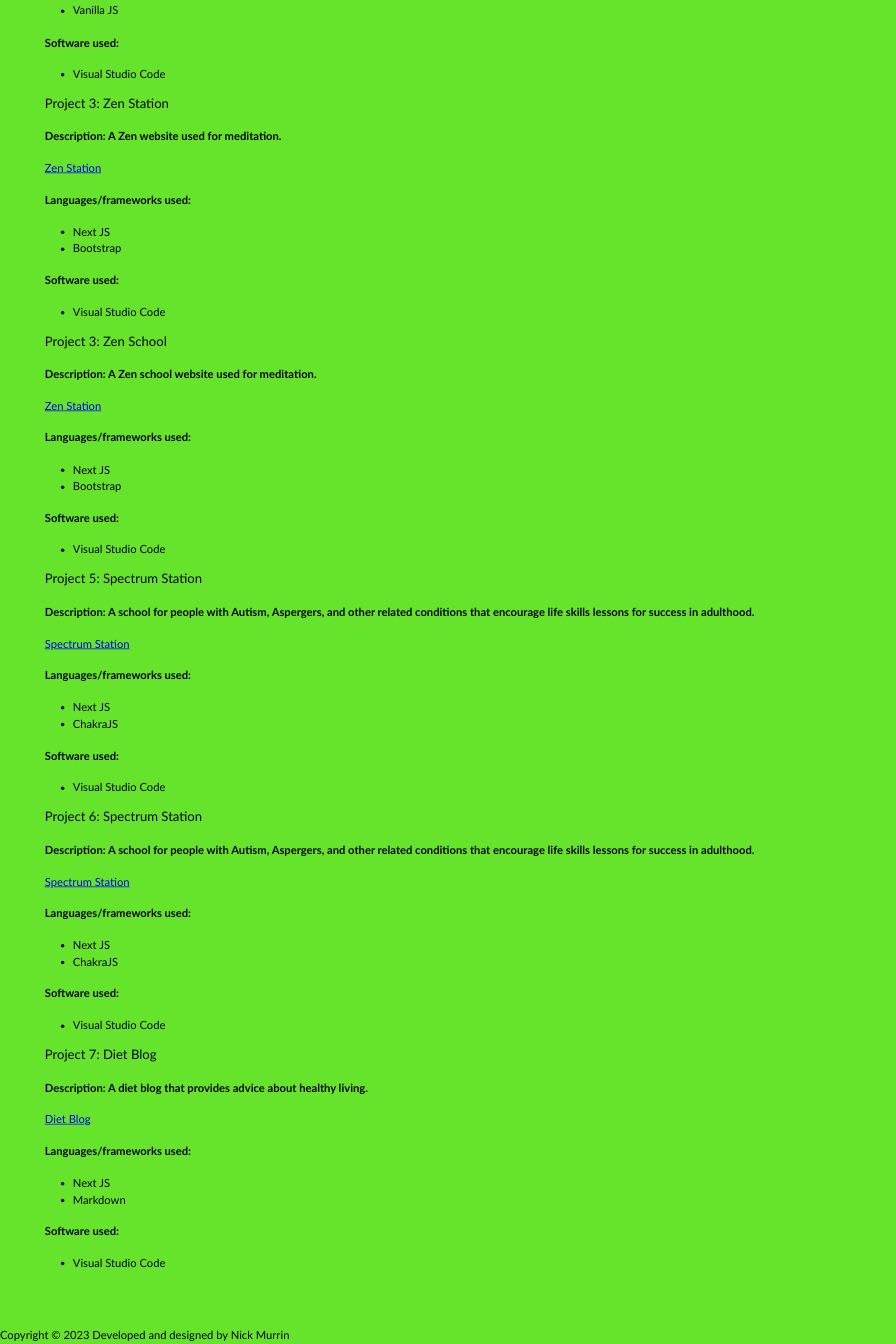
Repository: collegedude9300/modernport
Page: about.html
These files come from the project's save history. The page is drawn as it stood at one moment and after the next save; the edit follows.
The browser window is 1280 px wide. The pictures show the part of the page from y = 1028 to 2948 px (the page is 2948 px tall before and 2609 px after), at 70% of full size.

Above is the page before, as saved 2023-06-26 22:11:32.

After the next save:
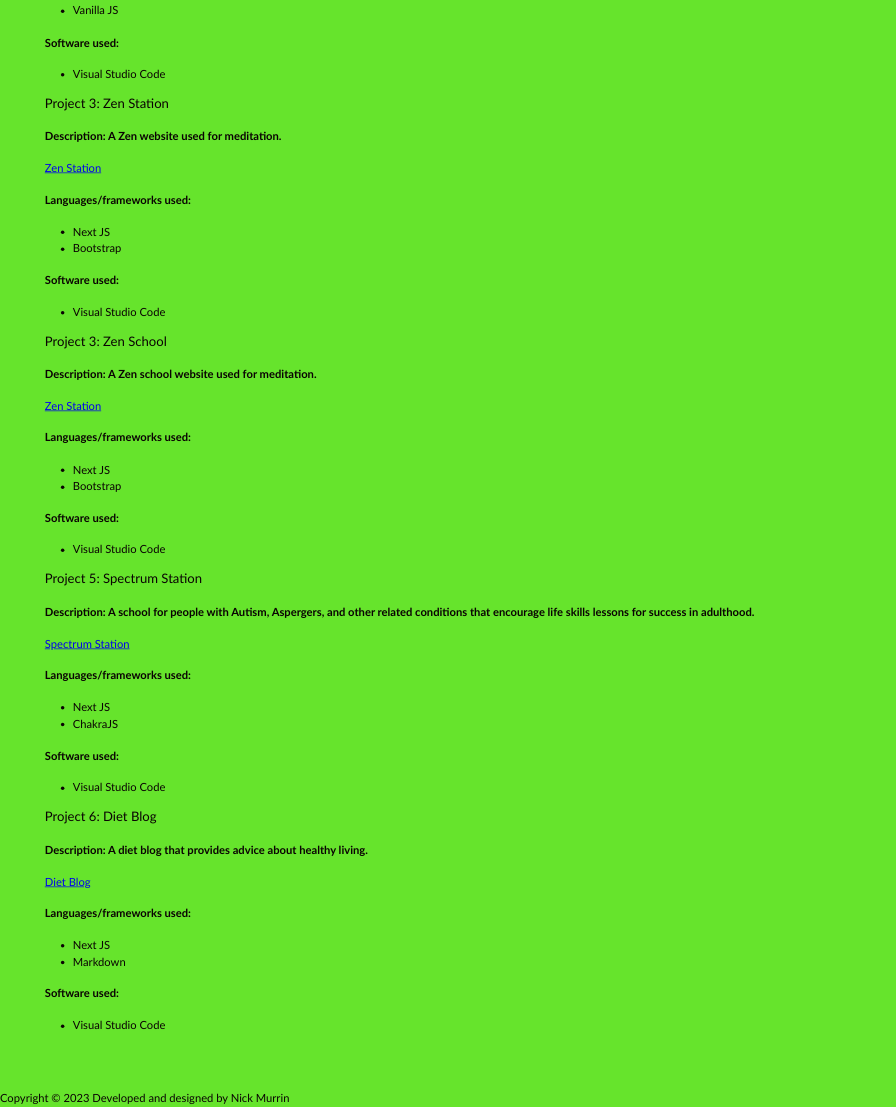
Saved 71 s later.
--- a/about.html
+++ b/about.html
@@ -130,22 +130,7 @@ About Me:
       </div>
 
       <div class="project6">
-        <h3>Project 6:  Spectrum Station</h3>
-        <h4>Description: A school for people with Autism, Aspergers, and other related conditions that encourage life skills lessons for success in adulthood.</h4>
-        <a href="https://spectrumstation.vercel.app/"/> Spectrum Station </a>
-<h4> Languages/frameworks used: </h4>
-<ul>
-  <li>Next JS</li>
-  <li>ChakraJS</li>
-</ul>
-<h4> Software used: </h4>
-<ul>
-<li> Visual Studio Code  </li>
-</ul>
-      </div>
-
-      <div class="project7">
-        <h3>Project 7:  Diet Blog</h3>
+        <h3>Project 6:  Diet Blog</h3>
         <h4>Description: A diet blog that provides advice about healthy living.</h4>
         <a href="https://dietblog.vercel.app/"/> Diet Blog </a>
 <h4> Languages/frameworks used: </h4>
